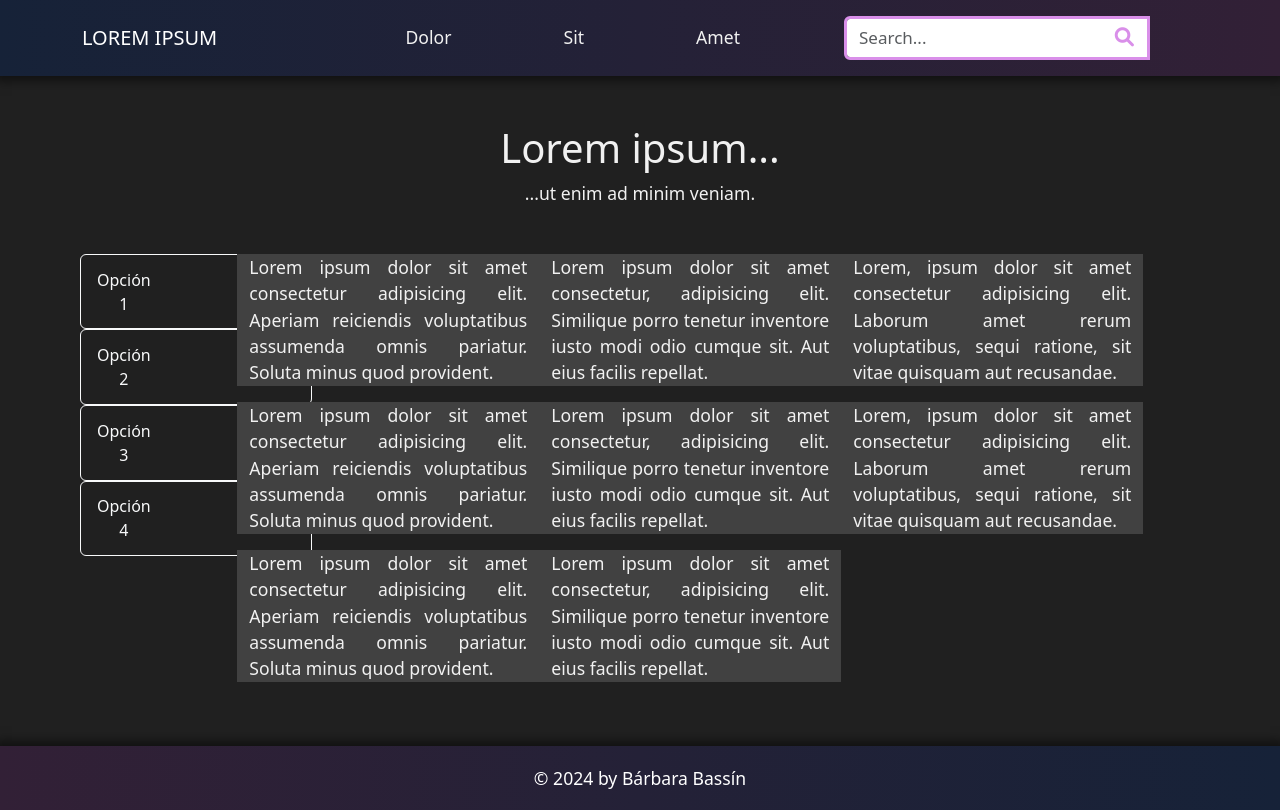
Repository: romancegirl/responsiveness
Page: index.html
An editor plug-in stored every save of this project. The page is shown before and after the next save, followed by the edit.
The browser window is 1280 px wide. The pictures show the whole page.

Above is the page before, as saved 2024-11-30 02:38:10.

### index.html
<!DOCTYPE html>
<html lang="en">

<head>
    <meta charset="UTF-8">
    <meta name="viewport" content="width=device-width, initial-scale=1.0">
    <title>Responsiveness - Bárbara Bassín</title>
    <link href="https://cdn.jsdelivr.net/npm/bootstrap@5.3.0/dist/css/bootstrap.min.css" rel="stylesheet">
    <link rel="stylesheet" href="https://cdnjs.cloudflare.com/ajax/libs/font-awesome/6.0.0-beta3/css/all.min.css">
    <link rel="stylesheet" href="css/header-and-footer.css">
    <link rel="stylesheet" href="css/styles.css">
</head>

<body>
    <!-- Header -->
    <header class="py-2">
        <div class="container d-flex align-items-center justify-content-between" id="profile">
            <h5 class="m-0">LOREM IPSUM</h5>
            <nav class="navbar navbar-expand-lg">
                <button class="navbar-toggler" type="button" data-bs-toggle="collapse" data-bs-target="#navbarNav"
                    aria-controls="navbarNav" aria-expanded="false" aria-label="Toggle navigation">
                    <i class="fas fa-bars"></i>
                </button>
                <div class="collapse navbar-collapse" id="navbarNav">
                    <ul class="navbar-nav">
                        <li class="nav-item"><a class="nav-link">Dolor</a></li>
                        <li class="nav-item"><a class="nav-link">Sit</a></li>
                        <li class="nav-item"><a class="nav-link">Amet</a></li>
                        <li class="nav-item dropdown d-lg-none">
                            <a class="nav-link dropdown-toggle" href="#" id="dropdownMenuButton" role="button"
                                data-bs-toggle="dropdown" aria-expanded="false">
                                Opciones
                            </a>
                            <ul class="dropdown-menu" aria-labelledby="dropdownMenuButton">
                                <li><button type="button" class="dropdown-item">Opción 1</button></li>
                                <li><button type="button" class="dropdown-item">Opción 2</button></li>
                                <li><button type="button" class="dropdown-item">Opción 3</button></li>
                                <li><button type="button" class="dropdown-item">Opción 4</button></li>
                            </ul>
                        </li>
                        <li class="nav-item order-first order-lg-last">
                            <div class="search-container">
                                <form action="/action_page.php">
                                    <div class="input-group">
                                        <input type="text" class="form-control" placeholder="Search..." name="search">
                                        <button type="submit" class="btn">
                                            <i class="fa fa-search"></i>
                                        </button>
                                    </div>
                                </form>
                            </div>
                        </li>
                    </ul>
                </div>
            </nav>
        </div>
    </header>



    <!-- Main -->
    <main class="containerMain my-5">
        <div>
            <h1>Lorem ipsum...</h1>
            <div id="textCarousel" class="carousel slide" data-bs-ride="carousel" data-bs-interval="2000">
                <div class="carousel-inner">
                    <div class="carousel-item active">
                        <p>...olor sit amet, consectetur adipiscing elit...</p>
                    </div>
                    <div class="carousel-item">
                        <p>...sed do eiusmod tempor incididunt ut labore...</p>
                    </div>
                    <div class="carousel-item">
                        <p>...ut enim ad minim veniam.</p>
                    </div>
                </div>
            </div>
        </div>


        <div class="containerMain inside">
            <div class="row">
                <div class="col-lg-2 d-none d-lg-block" id="options">
                    <ul>
                        <li><button type="button" class="btn btn-outline-light">Opción 1</button></li>
                        <li><button type="button" class="btn btn-outline-light">Opción 2</button></li>
                        <li><button type="button" class="btn btn-outline-light">Opción 3</button></li>
                        <li><button type="button" class="btn btn-outline-light">Opción 4</button></li>
                    </ul>
                </div>
                <div class="col-lg-9 col-md-12" id="paragraphs">
                    <div class="row">
                        <div class="col-6 col-md-4 paragraph">Lorem ipsum dolor sit amet consectetur adipisicing elit.
                            Aperiam reiciendis voluptatibus assumenda omnis pariatur. Soluta minus quod provident.
                        </div>
                        <div class="col-6 col-md-4 paragraph">Lorem ipsum dolor sit amet consectetur, adipisicing elit.
                            Similique porro
                            tenetur inventore iusto modi odio cumque sit. Aut eius facilis repellat.</div>
                        <div class="col-6 col-md-4 paragraph">Lorem, ipsum dolor sit amet consectetur adipisicing elit.
                            Laborum
                            amet rerum
                            voluptatibus, sequi ratione, sit vitae quisquam aut recusandae.</div>
                        <div class="col-6 col-md-4 paragraph">Lorem ipsum dolor sit amet consectetur adipisicing elit.
                            Aperiam
                            reiciendis
                            voluptatibus assumenda omnis pariatur. Soluta minus quod provident.</div>
                        <div class="col-6 col-md-4 paragraph">Lorem ipsum dolor sit amet consectetur, adipisicing elit.
                            Similique porro
                            tenetur inventore iusto modi odio cumque sit. Aut eius facilis repellat.</div>
                        <div class="col-6 col-md-4 paragraph">Lorem, ipsum dolor sit amet consectetur adipisicing elit.
                            Laborum
                            amet rerum
                            voluptatibus, sequi ratione, sit vitae quisquam aut recusandae.</div>
                        <div class="col-6 col-md-4 paragraph">Lorem ipsum dolor sit amet consectetur adipisicing elit.
                            Aperiam
                            reiciendis
                            voluptatibus assumenda omnis pariatur. Soluta minus quod provident.</div>
                        <div class="col-6 col-md-4 paragraph">Lorem ipsum dolor sit amet consectetur, adipisicing elit.
                            Similique porro
                            tenetur inventore iusto modi odio cumque sit. Aut eius facilis repellat.</div>
                    </div>
                </div>
            </div>
        </div>
    </main>

    <!-- Footer -->
    <footer class="bg-dark text-center py-2">
        <div>&copy; 2024 by Bárbara Bassín</div>
    </footer>
    <script src="js/script.js"></script>
    <script src="https://cdn.jsdelivr.net/npm/bootstrap@5.3.0/dist/js/bootstrap.bundle.min.js"></script>
</body>

</html>

### css/header-and-footer.css
header {
    background: linear-gradient(to right, #162238, #322036);
    color: #fff;
    position: relative;
    box-shadow: 0 0 10px 5px rgba(0, 0, 0, 0.5);
}

main {
    min-height: 70vh;
    padding-bottom: 1rem;
    box-sizing: border-box;
}

a.nav-link {
    color: #f1f1f1;
}

a.nav-link:hover {
    color: #f6c7de;
    transition: color 0.3s, text-shadow 0.3s;
    transform: scale(1.05);
}

.search-container {
    display: flex;
    justify-content: center;
    align-items: center;
    position: relative;
}

.input-group .form-control {
    padding-right: 2.5rem;
    font-size: 17px;
    border: 0.2rem solid #d98fe9;
}

.input-group .btn {
    position: absolute;
    right: 1rem;
    top: 50%;
    transform: translateY(-50%);
    background-color: transparent;
    border: none;
    padding: 0;
    cursor: pointer;
}

.input-group .btn .fa-search {
    color: #d98fe9;
    font-size: 1.2rem;
}

.navbar-nav .nav-item {
    margin: 0 3rem 0 3rem;
}


/* navbar-toggle */

.navbar-toggler {
    border-color: #fff;
}

.navbar-toggler .fas {
    color: #fff;
    /* Cambia el color del ícono */
}

.navbar-collapse {
    justify-content: flex-end;
}

.navbar-toggler:hover {
    cursor: pointer;
}

.navbar-toggler:focus {
    outline: none;
    box-shadow: none;
}


@media (max-width: 995px) {

    .nav-item.dropdown::marker {
        content: none;
    }


    .navbar-collapse {
        display: none;
        position: absolute;
        top: 119%;
        left: -190px;
        width: 100%;
        z-index: 999;
        flex-direction: column-reverse;
        align-items: center;
    }

    .navbar-collapse.show {
        display: flex;
    }

    .navbar {
        width: 60%;
    }

    .navbar-nav {
        background: linear-gradient(to right, #162238fd, #322036fd);
        color: #fff;
        padding: 1.5rem;
        border-radius: 0 0 50px 50px;
        font-weight: bold;
        text-align: center;
        box-shadow: 0 0 10px 5px rgba(0, 0, 0, 0.5);

    }

    .navbar-nav:hover {
        cursor: pointer;

    }

    a.nav-link:hover {
        color: #f6c7de;
        transition: color 0.3s, text-shadow 0.3s;
        transform: scale(1.05);
    }

    .navbar-nav .nav-item {
        margin: 10px 0;
    }

    .navbar a {
        float: none;
        display: block;
        text-align: center;
        width: 100%;
        margin: 0;
        padding: 0.5rem;
    }

    .navbar .search-container {
        float: none;
    }

    .navbar .search-container button {
        align-items: right;
    }

    .navbar input[type=text] {
        border-radius: 0.2rem;
        border: 0.2rem solid #d98fe9;
    }

}


@media (max-width: 768px) {

    .navbar-collapse {
        display: none;
        position: absolute;
        top: 119%;
        left: -140px;
        width: 100%;
        z-index: 999;
        flex-direction: column-reverse;
        align-items: center;
    }

    .btn-outline-light {
        width: 100%;

    }
}


footer {
    background: linear-gradient(to right, #322036, #162238);
    color: #fff;
    bottom: 0;
    min-height: 4rem;
    display: flex;
    justify-content: center;
    align-items: center;
    box-shadow: 0 0 10px 5px rgba(0, 0, 0, 0.5);
}

### css/styles.css
body {
    background-color: #202020;
    color: #f1f1f1;
    font-size: 110%;
}


h1 {
    text-align: center;
}


h5 {
    margin: 0;
}

.containerMain {
    padding: 0;
    margin: 0 1.5rem 0 1.5rem;
}

/* General */

#textCarousel {
    width: 40rem;
    margin: auto;
}

p {
    text-align: center;
}

.row {
    text-align: justify;
}

.paragraph {
margin-bottom: 1rem;
background-color: #414141;
}

.inside {
    margin-top: 2rem;
}

.btn-outline-light {
    padding: 0.8rem 10rem 0.8rem 1rem;
}

li {
    list-style: none;
}


/* Responsiveness */


@media screen and (max-width: 1400px) {

    .title-large,
    .title-x-small {
        display: none;
    }

    .title-small {
        display: block;
    }
}

@media screen and (max-width: 768px) {


    #textCarousel {
        max-width: 90%; /* Usa un tamaño relativo en lugar de fijo */
    }
}

### js/script.js
document.addEventListener('click', function(event) {
    var navbar = document.querySelector('.navbar-collapse');
    var toggler = document.querySelector('.navbar-toggler');

    // Si el menú está abierto y se hace clic fuera de él, lo cierra
    if (navbar.classList.contains('show') && !navbar.contains(event.target) && !toggler.contains(event.target)) {
        var bsCollapse = new bootstrap.Collapse(navbar, {
            toggle: false
        });
        bsCollapse.hide();
    }
});

After the next save:
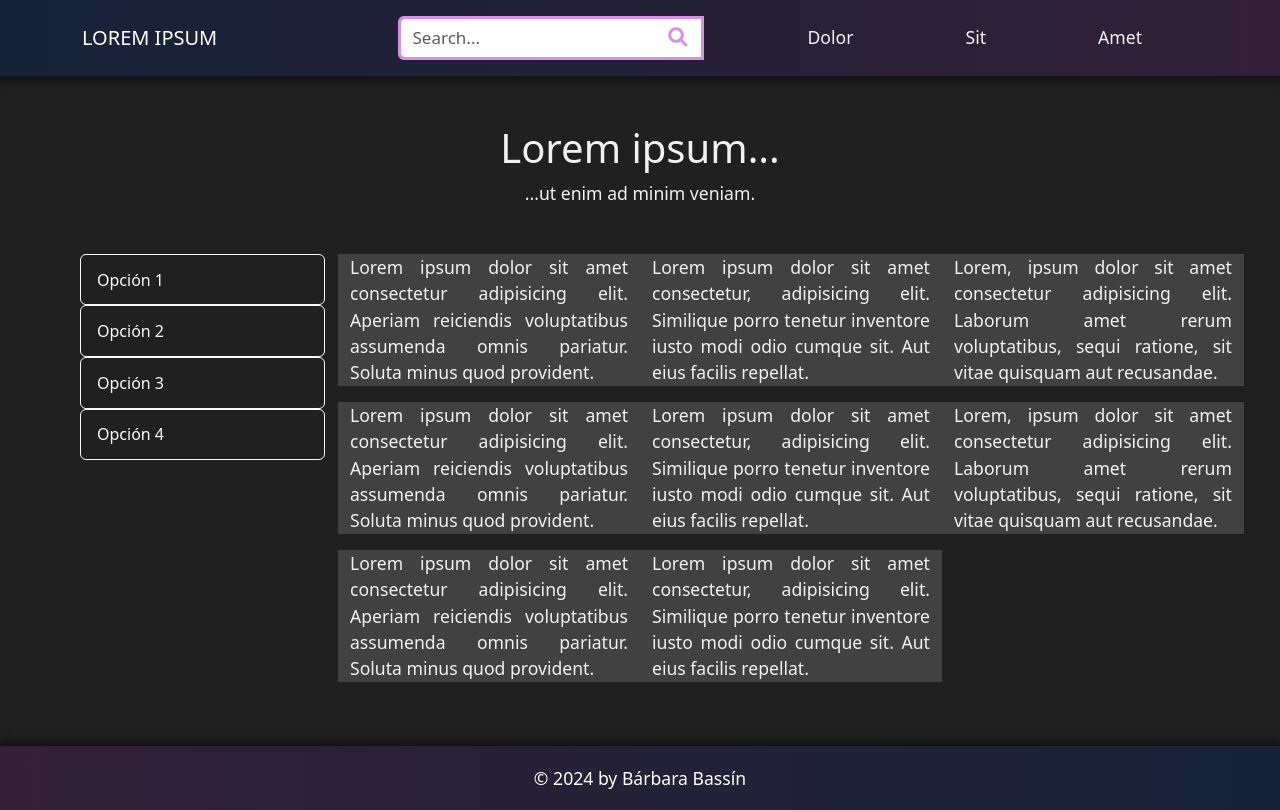
Saved 13 s later.
--- a/index.html
+++ b/index.html
@@ -38,7 +38,7 @@
                                 <li><button type="button" class="dropdown-item">Opción 4</button></li>
                             </ul>
                         </li>
-                        <li class="nav-item order-first order-lg-last">
+                        <li class="nav-item order-first">
                             <div class="search-container">
                                 <form action="/action_page.php">
                                     <div class="input-group">
@@ -80,7 +80,7 @@
 
         <div class="containerMain inside">
             <div class="row">
-                <div class="col-lg-2 d-none d-lg-block" id="options">
+                <div class="col-lg-3 d-none d-lg-block" id="options">
                     <ul>
                         <li><button type="button" class="btn btn-outline-light">Opción 1</button></li>
                         <li><button type="button" class="btn btn-outline-light">Opción 2</button></li>
